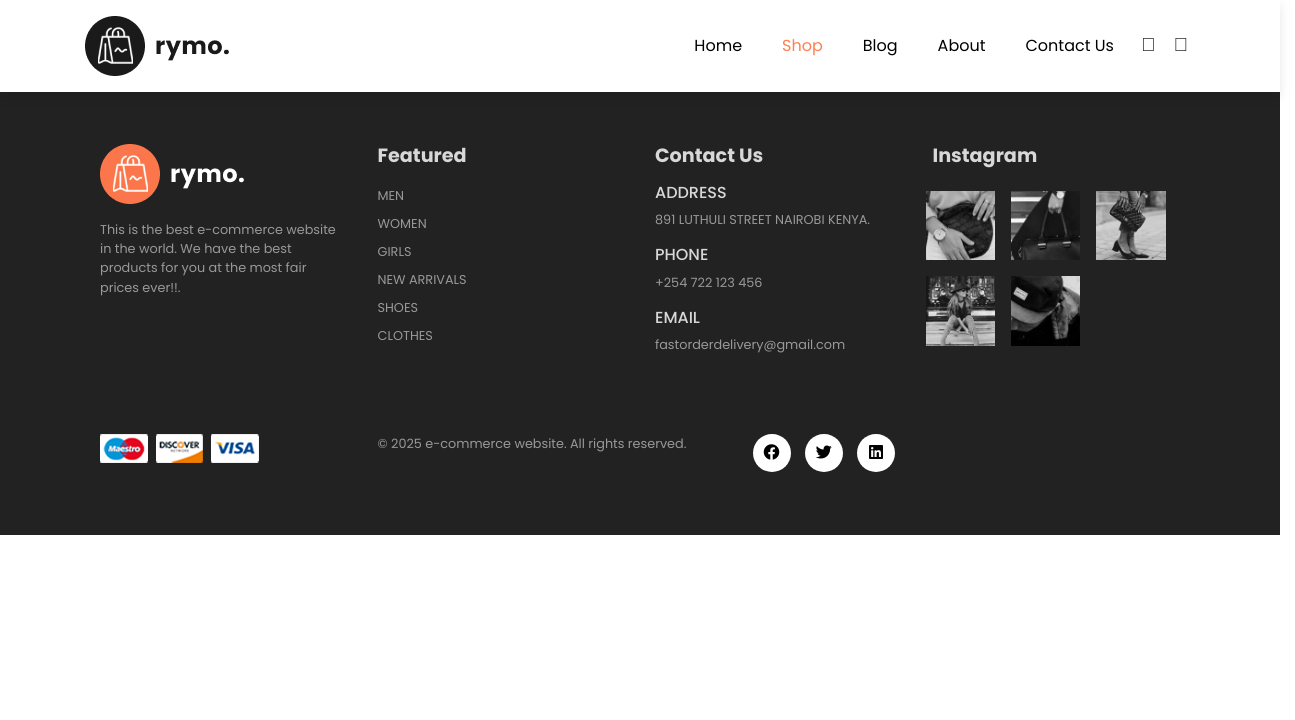
Repository: peter417waweru/e-commerce-UI
Page: sproduct.html
An editor plug-in stored every save of this project. The page is shown before and after the next save, followed by the edit.
The browser window is 1280 px wide. The page is 1280 px wide, then 1295 px, so the pictures cover 1295 px, including what lies to the right of the window. The pictures show the whole page.
Some web libraries are served in a nearby version.

Above is the page before, as saved 2025-02-08 15:14:51.

### sproduct.html
<!DOCTYPE html>
<html lang="en">

    <head>
        <meta charset="UTF-8">
        <meta http-equiv="X-UA-Compatible" content="IE=edge">
        <meta name="viewport" content="width=device-width, initial-scale=1.0">
        <title>Ecommerce Website1</title>

        <link rel="stylesheet" href="https://cdn.jsdelivr.net/npm/bootstrap@4.1.3/dist/css/bootstrap.min.css"
        integrity="sha384-MCw98/SFnGE8fJT3GXwEOngsV7Zt27NXFoaoApmYm81iuXoPkFOJwJ8ERdknLPMO" crossorigin="anonymous">

        <link rel="stylesheet" href="https://pro.fontawesome.com/releases/v5.10.0/css/all.css" />

        <link rel="stylesheet" href="./style.css">
    </head>

    <body>
        <nav class="navbar navbar-expand-lg navbar-light bg-white py-3 fixed-top">
            <div class="container">
              <img src="img/logo1.png" alt="">
              <button class="navbar-toggler" type="button" data-bs-toggle="collapse" data-bs-target="#navbarSupportedContent"
              aria-controls="navbarSupportedContent" aria-expanded="false" aria-label="Toggle navigation">
                <span><i id="bar" class="fas fa-bars"></i></span>
              </button>
              <div class="collapse navbar-collapse" id="navbarSupportedContent">
                <ul class="navbar-nav ml-auto">
                  <li class="nav-item">
                    <a class="nav-link" aria-current="page" href="index.html">Home</a>
                  </li>
                  <li class="nav-item">
                    <a class="nav-link active" aria-current="page" href="shop.html">Shop</a>
                  </li>
                  <li class="nav-item">
                    <a class="nav-link" aria-current="page" href="#">Blog</a>
                  </li>
                  <li class="nav-item">
                    <a class="nav-link" aria-current="page" href="#">About</a>
                  </li>
                  <li class="nav-item">
                    <a class="nav-link" aria-current="page" href="#">Contact Us</a>
                  </li>
                  <li class="nav-item">
                    <i class="fal fa-search"></i>
                    <i class="fal fa-shopping-bag"></i>
                  </li>


                </ul>

              </div>
            </div>
        </nav>



        <footer class="mt-5 py-5">
            <div class="row container mx-auto pt-5">
              <div class="footer-one col-lg-3 col-md-6 col-12">
                <img src="img/logo2.png" alt="">
                <p class="pt-3">This is the best e-commerce website in the world.
                   We have the best products for you at the most fair prices ever!!.</p>
              </div>
              <div class="footer-one col-lg-3 col-md-6 col-12">
                <h4 class="pb-2">Featured</h4>
                <ul class="text-uppercase list-unstyled">
                  <li><a href="#">men</a></li>
                  <li><a href="#">women</a></li>
                  <li><a href="#">girls</a></li>
                  <li><a href="#">new arrivals</a></li>
                  <li><a href="#">shoes</a></li>
                  <li><a href="#">clothes</a></li>
                </ul>
              </div>
              <div class="footer-one col-lg-3 col-md-6 col-12 mb-3">
                <h4 class="pb-2">Contact Us</h4>
                <div>
                  <h6 class="text-uppercase">Address</h6>
                <p>891 LUTHULI STREET NAIROBI KENYA.</p>
                </div>
                <div>
                  <h6 class="text-uppercase">Phone</h6>
                <p>+254 722 123 456</p>
                </div>
                <div>
                  <h6 class="text-uppercase">Email</h6>
                <p>fastorderdelivery@gmail.com</p>
                </div>
              </div>
              <div class="footer-one col-lg-3 col-md-6 col-12 mb-3">
                <h4 class="pb-2">Instagram</h4>
                <div class="row">
                  <img class="img-fluid w-25 h-100 m-2" src="img/insta/1.jpg" alt="">
                  <img class="img-fluid w-25 h-100 m-2" src="img/insta/2.jpg" alt="">
                  <img class="img-fluid w-25 h-100 m-2" src="img/insta/3.jpg" alt="">
                  <img class="img-fluid w-25 h-100 m-2" src="img/insta/4.jpg" alt="">
                  <img class="img-fluid w-25 h-100 m-2" src="img/insta/5.jpg" alt="">
                </div>
              </div>
            </div>
            <div class="copyright mt-5">
              <div class="row container mx-auto">
                <div class="col-lg-3 col-md-6 col-12 mb-4">
                  <img class="img-fluid" src="img/payment.png" alt="">
                </div>
                <div class="col-lg-4 col-md-6 col-12 text-nowrap mb-2">
                  <p>© 2025 e-commerce website. All rights reserved.</p>
                </div>
                <div class="col-lg-4 col-md-6 col-12">
                  <a href="#"><i class="fab fa-facebook"></i></a>
                  <a href="#"><i class="fab fa-twitter"></i></a>
                  <a href="#"><i class="fab fa-linkedin"></i></a>
                </div>
              </div>
            </div>
        </footer>


        <script src="https://cdn.jsdelivr.net/npm/@popperjs/core@2.9.1/dist/umd/popper.min.js"
            integrity="sha384-SR1sx49pcuLnqZUnnPwx6FCym0wLsk5JZuNx2bPPENzswTNFaQU1RDvt3wT4gWFG"
            crossorigin="anonymous">
        </script>
        <script src="https://cdn.jsdelivr.net/npm/bootstrap@5.0.0-beta3/dist/js/bootstrap.min.js"
            integrity="sha384-j0CNLUeiqtyaRmlzUHCPZ+Gy5fQu0dQ6eZ/xAww941Ai1SxSY+0EQqNXNE6DZiVc"
            crossorigin="anonymous">
        </script>
    </body>

</html>

### style.css
@import url("https://fonts.googleapis.com/css2?family=Poppins:wght@100;200;300;400;500;600;700;800;900&display=swap");
* {
  margin: 0;
  padding: 0;
  box-sizing: border-box;
}

body {
  font-family: "Poppins", sans-serif;
}

h1 {
  font-size: 2.5rem;
  font-weight: 700;
}

h2 {
  font-size: 1.8rem;
  font-weight: 600;
}

h3 {
  font-size: 1.4rem;
  font-weight: 800;
}

h4 {
  font-size: 1.1rem;
  font-weight: 600;
}

h5 {
  font-size: 1rem;
  font-weight: 400;
  color: #1d1d1d;
}

h6 {
  color: #d8d8d8;
}

hr {
  width: 30px;
  height: 2px;
  background-color: #fb774b;
}

.star {
  padding: 10px 0;
}

.star i{
  font-size: 0.8rem;
  color: goldenrod;
}

button {
  font-size: 0.8rem;
  font-weight: 700;
  outline: none;
  border: none;
  background-color: #1d1d1d;
  color: aliceblue;
  padding: 13px 30px;
  cursor: pointer;
  text-transform: uppercase;
  transition: 0.3s ease;
}

button:hover {
  background-color: #3a3833;
}

hr {
  width: 30px;
  height: 2px;

}

.navbar {
  font-size: 16px;
  background-color: #d8d8d8;
  top: 0;
  left: 0;
  box-shadow: 0 5px 10px rgba(0, 0, 0, 0.1);
}

.navbar-light .navbar-nav .nav-link{
  padding: 0 20px;
  color: black;
  transition: 0.3s ease;
}

.navbar-light .navbar-nav .nav-link:hover,
.navbar i:hover,
.navbar-light .navbar-nav .nav-link.active,
.navbar i.active
{
  color: coral;
}



.navbar i{
  font-size: 1.2rem;
  padding: 0 7px;
  cursor: pointer;
  transition: 0.3s ease;
}

/* Mobile Nav*/


.navbar-light .navbar-toggler{
  border: none;
  outline: none;
}

#bar {
  font-size: 1.5rem;
  padding: 7px;
  cursor: pointer;
  font-weight: 500;
  color: black;
  transition: 0.3s ease;
}

#bar:hover,
#bar.active{
  color: #fff;
}

@media only screen and (max-width: 990px) {

  body > nav > div > button:hover ,
  body > nav > div > button:focus {
    background-color: #fb774b;
  }

  body > nav > div > button:hover #bar,
  body > nav > div > button:focus #bar {
    background-color: #fb774b;
  }

  #navbarSupportedContent > ul {
    margin: 1rem;
    justify-content: flex-end;
    align-items: flex-end;
    text-align: right;
  }

  #navbarSupportedContent > ul > li:nth-child(n) > a {
    padding: 10px 0;
  }
}


#home {
  background-image: url("img/back.jpg");
  width: 100%;
  height: 100vh;
  background-size: cover;
  background-position: top 70px center;
  display: flex;
  flex-direction: column;
  align-items: flex-start;
  justify-content: center;

}

#home span{
  color: coral;
}

#new .one img{
  width: 100%;
  height: 100%;
  background-position: center center;
  background-repeat: no-repeat;
  background-size: cover;
  position: relative;
}


#new .row .one .details{
  position: absolute;
  width: 100%;
  height: 100%;
  top: 0;
  left: 0;
  transition: 0.3s ease;
}

#new .row .one:hover .details{
  cursor: pointer;
  background-color: rgba(255, 178, 178, 0.8);
}

#new .row .one .details button{
 display: inline-block;
 font-size: 14px;
 font-weight: 500;
 color: #2a2a2a;
 background: none;
 text-transform: uppercase;
 border-bottom: 1px solid #2a2a2a;
 padding: 1.5px;
 transform: translateY(70px);
 transition: 0.3s ease;
}

#new .row .one .details button:hover{
  cursor: pointer;
  color: #fff;
  border-bottom: 1px solid #fff;
}

#new .row .one:nth-child(1) .details{
  display: flex;
  justify-content: center;
  flex-direction: column;
  align-items: flex-start;
  text-align: start;
}

#new .row .one:nth-child(2) .details{
  display: flex;
  justify-content: center;
  flex-direction: column;
  align-items: center;
  text-align: center;
}

#new .row .one:nth-child(3) .details{
  display: flex;
  justify-content: center;
  flex-direction: column;
  align-items: flex-end;
  text-align: end;
}

/*Products*/

.product {
  cursor: pointer;
  margin-bottom: 2rem;
}

.product img{
  transition: 0.3s all;

}

.product img:hover{
  opacity: 0.7;
}

.product .buy-btn{
  background: #fb774b;
  transform: translateY(20px);
  opacity: 0;
  transition: 0.3s all;
}
.product:hover .buy-btn{
  transform: translateY(0px);
  opacity: 1;
}

#banner {
  background-image: url("img/banner/2.jpg");
  width: 100%;
  height: 60vh;
  background-size: cover;
  background-position: top 70px center;
  background-repeat: no-repeat;
  background-attachment: fixed;
  display: flex;
  flex-direction: column;
  align-items: flex-start;
  justify-content: center;
}

#banner h4{
  color: #D8D8D8;
}

#banner h1{
  color: #D8D8D8;
}

#banner button{
  background-color: #fb774b;
}

footer{
  background-color: #222222;
}

footer h4 {
  color: #D8D8D8;
  font-size: 1.2rem;
  font-weight: 700;
}

footer li {
  padding-bottom: 4px;
}

footer li a {
  font-size: 0.8rem;
  color: #999;
}

footer li a:hover {
  color: #D8D8D8;
}

footer p{
  color: #999;
  font-size: 0.8rem;
}

footer .copyright a{
  color: #000;
  width: 38px;
  height: 38px;
  background-color: #fff;
  display: inline-block;
  text-align: center;
  line-height: 38px;
  border-radius: 50%;
  transition: 0.3s ease;
  margin: 0 5px;

}

footer .copyright a:hover{
  color: #fff;
  background-color: #fb774b;
}

After the next save:
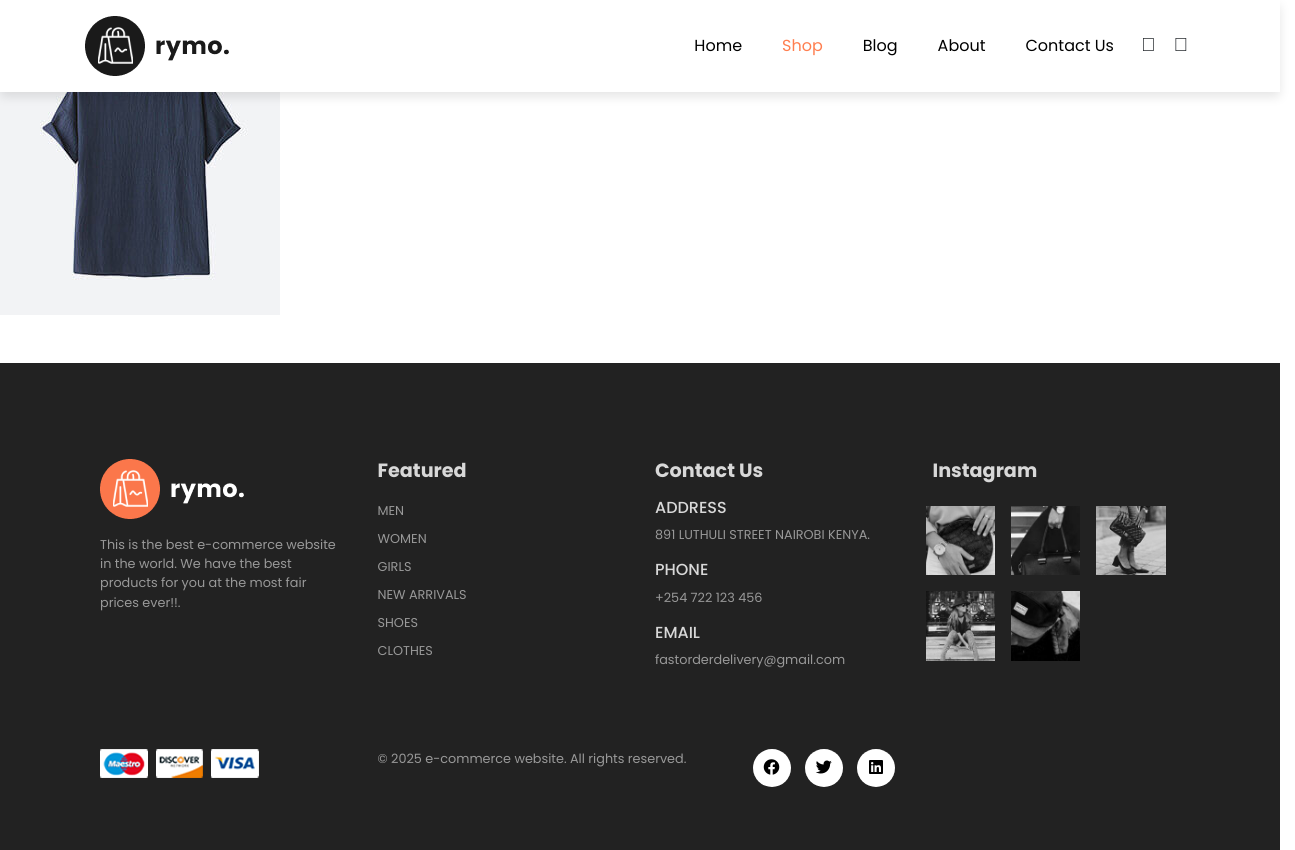
Saved 8 min 40 s later.
--- a/sproduct.html
+++ b/sproduct.html
@@ -5,7 +5,7 @@
         <meta charset="UTF-8">
         <meta http-equiv="X-UA-Compatible" content="IE=edge">
         <meta name="viewport" content="width=device-width, initial-scale=1.0">
-        <title>Ecommerce Website1</title>
+        <title>Product Details</title>
 
         <link rel="stylesheet" href="https://cdn.jsdelivr.net/npm/bootstrap@4.1.3/dist/css/bootstrap.min.css"
         integrity="sha384-MCw98/SFnGE8fJT3GXwEOngsV7Zt27NXFoaoApmYm81iuXoPkFOJwJ8ERdknLPMO" crossorigin="anonymous">
@@ -51,6 +51,15 @@
               </div>
             </div>
         </nav>
+
+        <section class="sproduct">
+            <div class="row">
+                <div class="col-lg-5 col-mid-12 col-12">
+                    <img src="img/shop/1.jpg" alt="">
+                </div>
+                <div></div>
+            </div>
+        </section>
 
 
 
